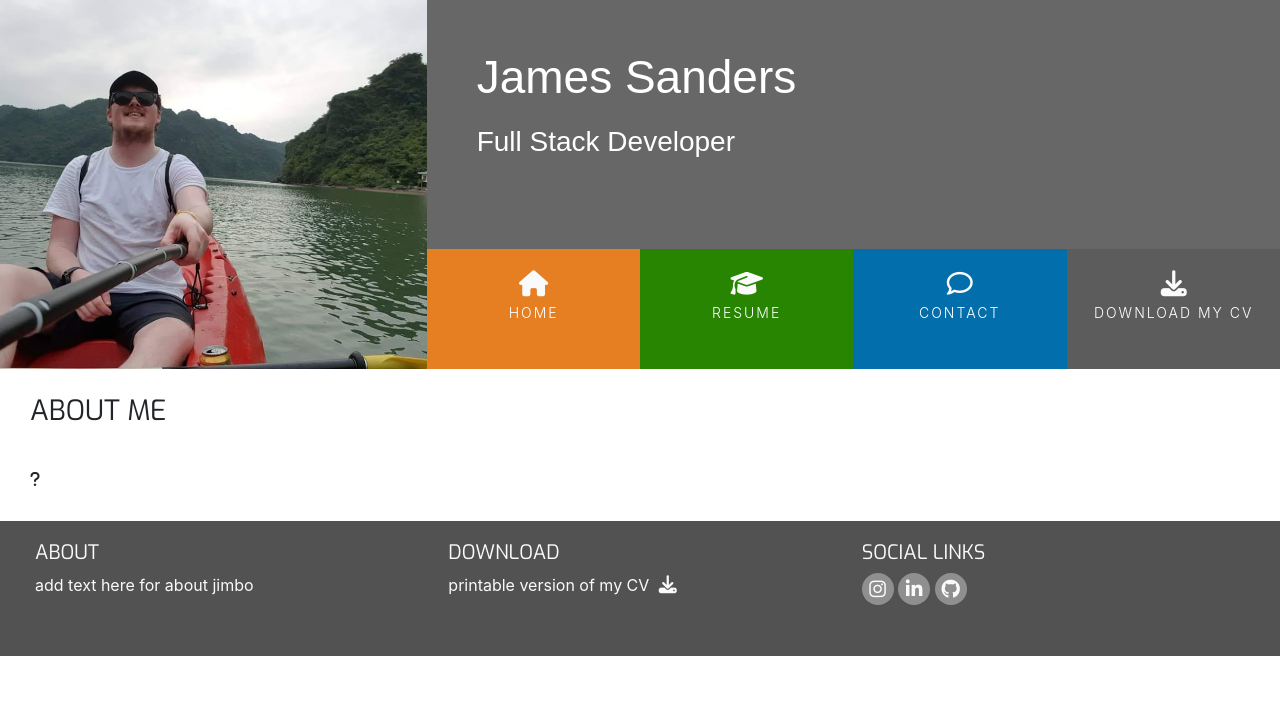
Repository: JaySanders95/my-online-resume
Page: index.html
These files come from the project's save history. The page is drawn as it stood at one moment and after a run of saves; the edit follows.
The browser window is 1280 px wide. The pictures show the whole page.
Some web fonts or font styles are not loaded; a fallback is used. Some web libraries are served in a nearby version.

Above is the page before, as saved 2023-04-19 19:57:27.

### index.html
<!DOCTYPE html>
<html lang="en">
<head>
    <meta charset="UTF-8">
    <meta http-equiv="X-UA-Compatible" content="IE=edge">
    <meta name="viewport" content="width=device-width, initial-scale=1.0">
    <link rel="stylesheet" href="https://cdn.jsdelivr.net/npm/@fortawesome/fontawesome-free@6.2.1/css/fontawesome.min.css" integrity="sha384-QYIZto+st3yW+o8+5OHfT6S482Zsvz2WfOzpFSXMF9zqeLcFV0/wlZpMtyFcZALm" crossorigin="anonymous">
    <link rel="stylesheet" href="https://cdn.jsdelivr.net/npm/bootstrap@4.6.2/dist/css/bootstrap.min.css" integrity="sha384-xOolHFLEh07PJGoPkLv1IbcEPTNtaed2xpHsD9ESMhqIYd0nLMwNLD69Npy4HI+N" crossorigin="anonymous">
    <link rel="stylesheet" href="assets/css/style.css">
    <link rel="stylesheet" href="https://cdnjs.cloudflare.com/ajax/libs/hover.css/2.3.1/css/hover-min.css" integrity="sha512-csw0Ma4oXCAgd/d4nTcpoEoz4nYvvnk21a8VA2h2dzhPAvjbUIK6V3si7/g/HehwdunqqW18RwCJKpD7rL67Xg==" crossorigin="anonymous" referrerpolicy="no-referrer" />
    <title>James Sanders' Resume</title>
</head>
<body>
    <header>
        <div class="row no-gutters">
            <a href="index.html" class="col-md-4 logo">

            </a>
            <div class="col-md-8">
                <div class="row bg-color-name-title no-gutters">
                    <div class="col heading">
                        <h1 class="name">James Sanders</h1>
                        <h2 class="title">Full Stack Developer</h2>

                    </div>
                </div>
                <div class="row no-gutters">
                    <div class="col">
                        <ul id="nav" class="list-inline menucontainer">
                            <li class="col-6 col-sm-3 ui-menu-color-home list-inline-item menuitem">
                                <a href="#" class="hvr-bounce-to-bottom"><i class="fa fa-home" aria-hidden="true"></i><span>Home</span></a>
                            </li>
                            <li class="col-6 col-sm-3 ui-menu-color-resume list-inline-item menuitem">
                                <a href="#" class="hvr-bounce-to-bottom"><i class="fa fa-graduation-cap" aria-hidden="true"></i><span>Resume</span></a>
                            </li>
                            <li class="col-6 col-sm-3 ui-menu-color-contact list-inline-item menuitem">
                                <a href="#" class="hvr-bounce-to-bottom"><i class="fa fa-comment-o" aria-hidden="true"></i><span>Contact</span></a>
                            </li>
                            <li class="col-6 col-sm-3 ui-menu-color-download list-inline-item menuitem">
                                <a href="#" class="hvr-bounce-to-bottom"><i class="fa fa-download" aria-hidden="true"></i><span>Download my CV</span></a>
                            </li>
                        </ul>
                    </div>
                </div>
            </div>
        </div>
    </header>
    <section class="container-fluid">
        <div class="row row-table">
            <div class="col-md-8 bg-color-three-reasons section-column">
                <div class="row">
                    <div class="col">
                        <h3 class="section-heading uppercase">About Me</h3>
                    </div>
                </div>
                <div class="row">
                    <div class="col-10 offset-1 offset-sm-0 col-sm-4 col-md-6">
                        <div class="row">
                            <div class="col-2">
                                <i class="three-reasons-icon fa fa-question" aria-hidden="true"></i>
                            </div>
                            <div class="col-10">
                                <h4 class="three-reasons-heading uppercase"></h4>
                            </div>
                        </div>
                    </div>
                </div>
            </div>
        </div>

    </section>
    <footer class="container-fluid">
        <div id="footer-details" class="row">
            <div class="col-sm-4">
                <h5 class="uppercase general-sub">About</h5>
                <p class="inline-block"> add text here for about jimbo</p>
            </div>
            <div class="col-sm-4">
                <h5 class="uppercase general-sub">Download</h5>
                <p class="inline-block"> printable version of my CV</p>
                <a href="#" target="_blank" class="cv-pdf">
                    <i class="fa fa-download" aria-hidden="true"></i>
                    <span class="sr-only">Download link.</span>
                </a>
            </div>
            <div class="col-sm-4">
                <h5 class="uppercase general-sub">Social links</h5>
                <ul class="list-inline social-links">
                    <li class="list-inline-item">
                        <a target="_blank" href="#">
                            <i class="fa fa-instagram"></i>
                            <span class="sr-only">Instagram</span>
                        </a>
                    </li>
                    <li class="list-inline-item">
                        <a target="_blank" href="#">
                            <i class="fa fa-linkedin"></i>
                            <span class="sr-only">LinkedIn</span>
                        </a>
                    </li>
                    <li class="list-inline-item">
                        <a target="_blank" href="#">
                            <i class="fa-brands fa-github"></i>
                            <span class="sr-only">GitHub</span>

                        </a>
                    </li>
                </ul>
            </div>
        </div>

    </footer>
    <script src="https://kit.fontawesome.com/c80cd6a143.js" crossorigin="anonymous"></script>
</body>
</html>

### assets/css/style.css
@import url('https://fonts.googleapis.com/css2?family=Anuphan:100,200,300,400,500,600,700wght@300&family=Exo:100,200,300,400,500,600,700ital,wght@1,300&display=swap');


/* ------- Colours ---------*/

.bg-color-name-title {
    background-color:#676767;
}

.bg-color-three-reasons {
    background-color: #fff;

}

.ui-menu-color-home {
    background-color: #e67e22;
}

.ui-menu-color-resume {
    background-color: #278502;
}

.ui-menu-color-contact {
    background-color: #036eac;
}

.ui-menu-color-download {
    background-color: #5c5c5c;
}

/* ------- Special paddings/margins/text ---------*/

h1,h2,h3,h4 {
    margin: 0;
}

.uppercase {
    text-transform: uppercase;
}

.general-sub {
    font-family: 'Exo', sans-serif;
    font-weight: 300;
    color: #fafafa;
}

.inline-block {
    display: inline-block;
}

.row-table {
    display: table;

}
.section-column {
    display: table-cell;
    padding: 0 30px 30px;
    float: none;
}

.section-heading {
    font-family: 'Exo', sans-serif;
    font-weight: 300;
    margin-top: 25px;
    margin-bottom: 40px;
}

/* ------- Headers ---------*/
header {
    margin: 0;
}

.heading {
    margin-left: 50px;
}

.logo {
    background: url(../images/me.png);
    background-position: center;
    background-repeat: no-repeat;
    background-size: cover;
    min-height: 360px;
    transition: all .5s ease-in-out;
    -moz-transition: all .5s ease-in-out;
    -webkit-transition: all .5s ease-in-out;
}

.name {
    font-family: 'Anuphan', sans-serif;
    font-weight: 100;
    font-size: 46px;
    margin-top: 50px;
    color: #fff;
}

.title {
    font-family: 'Anuphan', sans-serif;
    font-weight: 200;
    font-size: 28px;
    margin-top: 20px;
    margin-bottom: 90px;
    color: #fff;
}

.list-inline-item:not(:last-child) {
    margin: 0;
}

.menucontainer {
    font-size: 0;
}

#nav li {
    font-size: 14px;
    padding: 0;
}

#nav {
    margin: 0;
}

.menuitem {
    height: 120px;
    text-align: center;
    padding: 0;

}

.menuitem a {
    width: 100%;
    text-decoration: none;
    color: #fff;
    height: 120px;
}

.menuitem a i {
    display: block;
    padding-top: 22px;
    color: #fafafa;
    font-size: 26px;
}

.menuitem span {
    display: block;
    width: 100%;
    padding-top: 5px;
    text-align: center;
    text-transform: uppercase;
    font-size: 14px;
    font-weight: 300;
    letter-spacing: 2px;
}

/* ------- Hover.css ---------*/

.hvr-bounce-to-bottom:before {
    background: rgba(0, 0, 0, 0.3) !important;
    height: 120px;

}

/* ------- Footer ---------*/

footer {
    background-color: #525252;
    color: #fafafa;
    min-height: 120px;
}

.cv-pdf i {
    font-size: 18px;
    color: #fafafa;
    text-align: center;
    padding-left: 5px;
    transition: all 0.35s ease-in-out;
    -moz-transition: all 0.35s ease-in-out;
    -webkit-transition: all 0.35s ease-in-out;
    -o-transition: all 0.35s ease-in-out;
}

.cv-pdf i:hover {
    color: #e84610;
}

.social-links {
    padding-bottom: 15px;
}

.social-links li a i {
    width: 32px;
    height: 32px;
    padding: 7px 0;
    border-radius: 50%;
    font-size: 19px;
    text-align: center;
    color: #fafafa;
    background: #8f8f8f;
    transition: all 0.35s ease-in-out;
    -moz-transition: all 0.35s ease-in-out;
    -webkit-transition: all 0.35s ease-in-out;
    -o-transition: all 0.35s ease-in-out;
}

.social-links li a i:hover {
    background-color: #e84610;
}

#footer-details {
    padding: 20px;
}

After the next 2 saves:
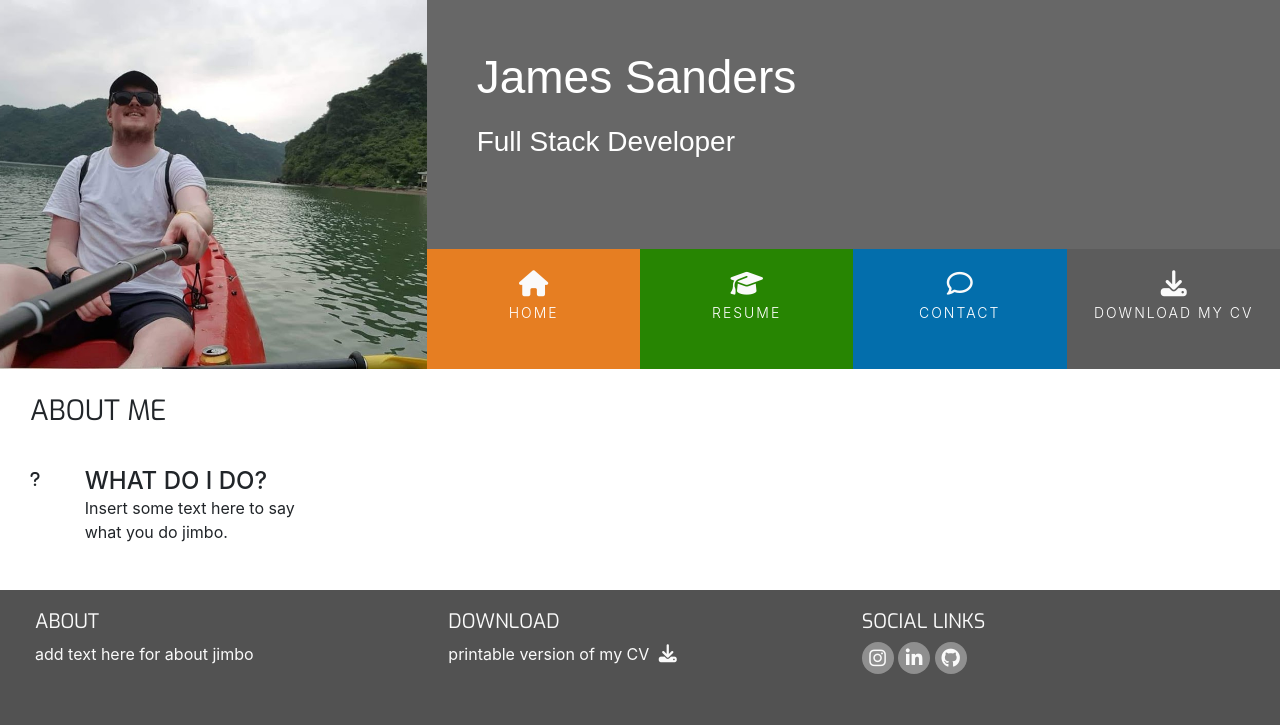
The 2 saves are shown as one change because they came seconds apart.
The last was saved 46 s later.
--- a/index.html
+++ b/index.html
@@ -60,7 +60,10 @@
                                 <i class="three-reasons-icon fa fa-question" aria-hidden="true"></i>
                             </div>
                             <div class="col-10">
-                                <h4 class="three-reasons-heading uppercase"></h4>
+                                <h4 class="three-reasons-heading uppercase">What do i do?</h4>
+                                <p>
+                                    Insert some text here to say what you do jimbo.
+                                </p>
                             </div>
                         </div>
                     </div>
